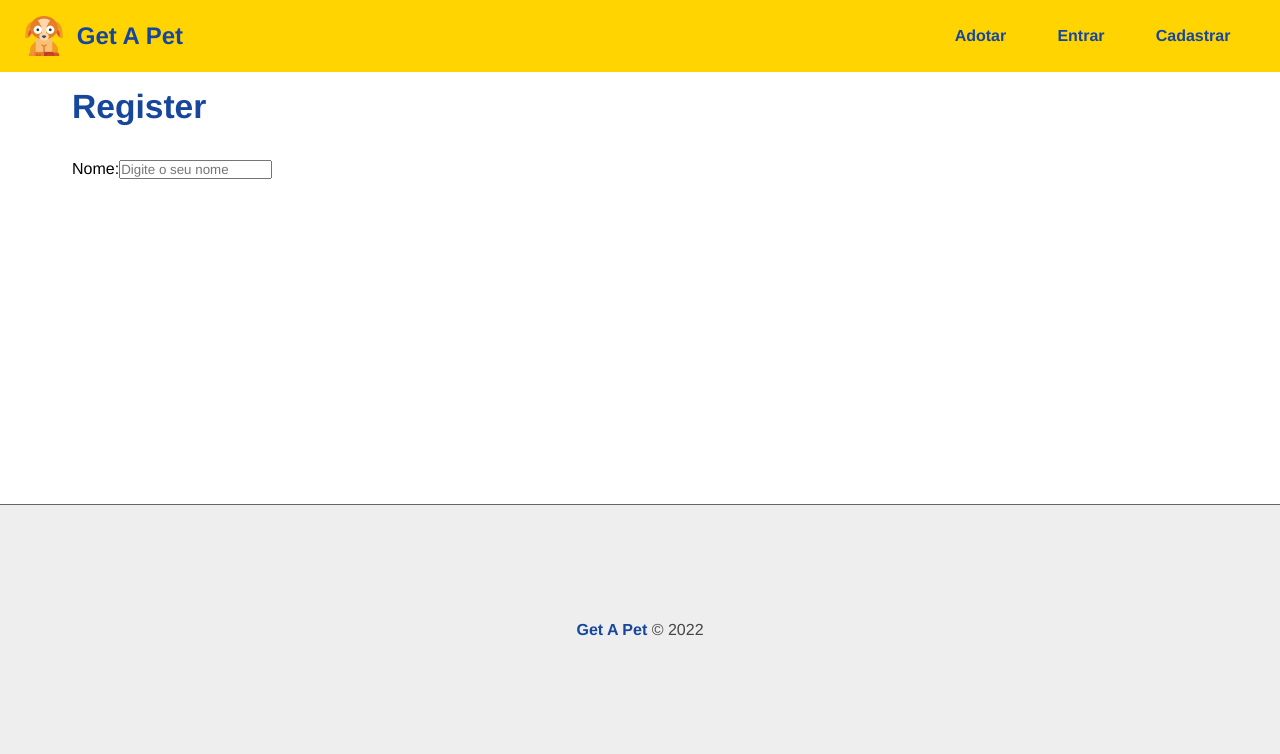
Repository: LeandroMoniz/Projetos_Pets
Page: /register (app in adocao_pet/frontend/)
These files come from the project's save history. The page is drawn as it stood at one moment and after the next save; the edit follows.
The browser window is 1280 px wide. The pictures show the whole page.
The project was rebuilt for these pictures with package versions that can differ from the ones it lists, and the page was loaded fresh each time. Also part of the build but not shown: adocao_pet/frontend/src/components/pages/Auth/Login.js, adocao_pet/frontend/src/components/form/Input.module.css, adocao_pet/frontend/src/components/pages/Home.js.

Above is the page before, as saved 2022-02-15 16:19:47.

After the next save:
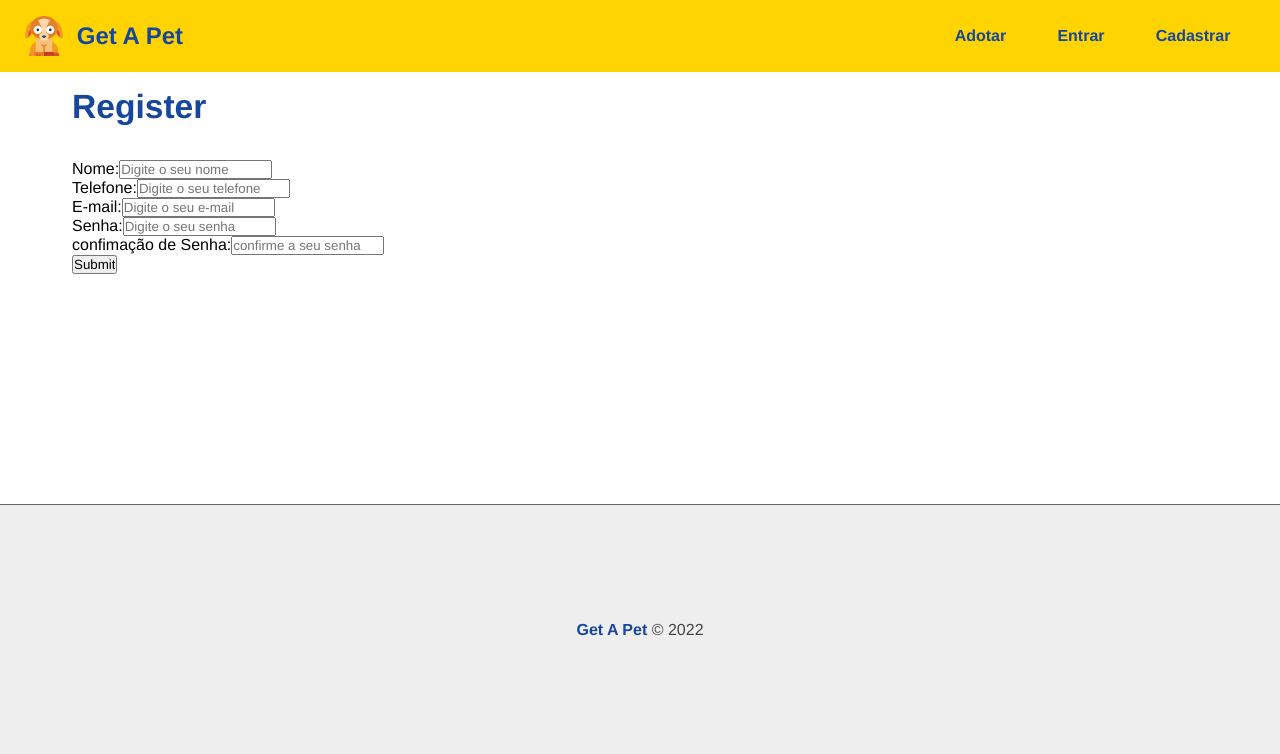
Saved 6 min 50 s later.
--- a/adocao_pet/frontend/src/components/pages/Auth/Register.js
+++ b/adocao_pet/frontend/src/components/pages/Auth/Register.js
@@ -17,6 +17,35 @@
                     placeholder="Digite o seu nome"
                     handleOnChange={handleChange}
                 />
+                  <Input
+                    text="Telefone"
+                    type="text"
+                    name="phone"
+                    placeholder="Digite o seu telefone"
+                    handleOnChange={handleChange}
+                />
+                  <Input
+                    text="E-mail"
+                    type="email"
+                    name="email"
+                    placeholder="Digite o seu e-mail"
+                    handleOnChange={handleChange}
+                />
+                  <Input
+                    text="Senha"
+                    type="password"
+                    name="password"
+                    placeholder="Digite o seu senha"
+                    handleOnChange={handleChange}
+                />
+                   <Input
+                    text="confimação de Senha"
+                    type="password"
+                    name="confirmpassword"
+                    placeholder="confirme a seu senha"
+                    handleOnChange={handleChange}
+                />
+                <input type="submit" valeu="Cadastrar" />
             </form>
         </section>
     )
